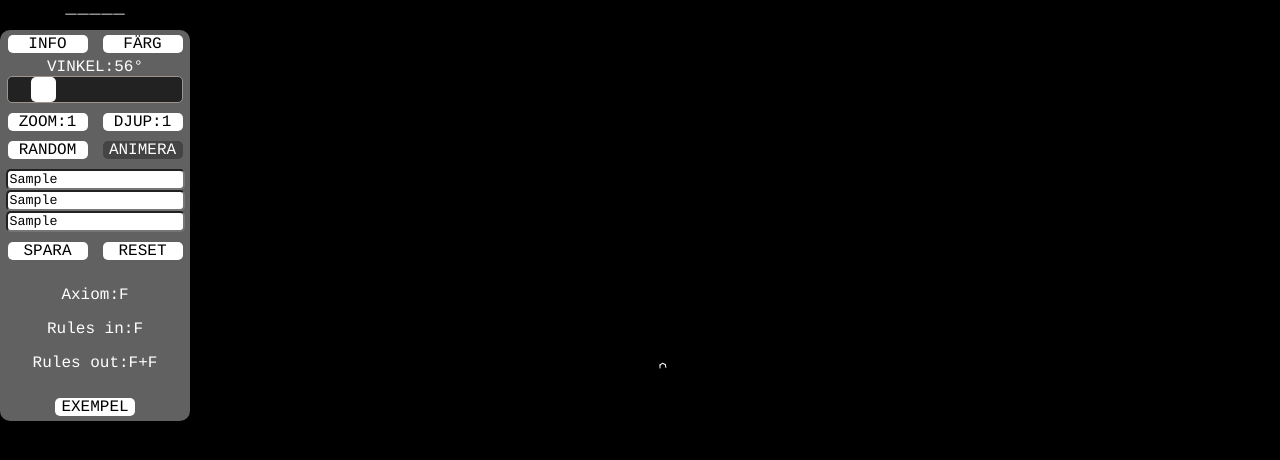
Repository: Gabrielw123/Fraktalgenerator
Page: fraktaler/test/index.html
The author's editor kept a copy of each file at every save. The page is drawn from the files as they stood at one save, then again after the next save.
The browser window is 1280 px wide. The pictures show the whole page.
Empty fields were first filled with sample values (such as "Sample", 5 or name@example.com).
After loading, the first visible `#animeraknapp` was clicked once.
Some web libraries are served in a nearby version.

Above is the page before, as saved 2022-01-13 13:32:34.

### fraktaler/test/index.html
<!DOCTYPE html>
<html lang="en">
  <head>
    <meta charset="UTF-8" />
    <meta http-equiv="X-UA-Compatible" content="IE=edge" />
    <meta name="viewport" content="width=device-width, initial-scale=1.0" />
    <link rel="stylesheet" href="style.css" />
    <title>Fraktal Generator</title>
    <script src="https://cdn.jsdelivr.net/npm/p5@1.0.0/lib/p5.js"></script>
    <!--fading-->
    <script
      src="http://ajax.googleapis.com/ajax/libs/jquery/1.7.1/jquery.min.js"
      type="text/javascript"
    ></script>
  </head>
  <body>
    <!--Skapa en canvas-->
    <canvas id="canvas"></canvas>

    <div class="kontroller">
      <div
        style="background: black"
        onmousedown="return false"
        onselectstart="return false"
        class="grid-container1"
      >
        <div class="grid-item">
          <a class="knappgöm" id="gömknapp" onClick="action();">⏤⏤⏤⏤⏤</a>
        </div>
      </div>

      <div
        style="border-top-left-radius: 10px; border-top-right-radius: 10px"
        onmousedown="return false"
        onselectstart="return false"
        class="grid-container"
        id="göm1"
      >
        <div class="grid-item">
          <a class="knapp" id="infoknapp">INFO</a>
        </div>
        <div class="grid-item">
          <a class="knapp" id="colorknapp" onclick="color();">FÄRG</a>
        </div>
      </div>
      <!--slider vinkel-->
      <div class="slider-container" id="göm2">
        <a onmousedown="return false" onselectstart="return false"
          >VINKEL:<span id="vinkel-out"></span>&deg;</a
        >
        <input type="range" min="0" max="360" class="slider" id="vinkel" />
      </div>

      <div
        onmousedown="return false"
        onselectstart="return false"
        class="grid-container"
        id="göm3"
      >
        <div class="grid-item">
          <a class="knapp" id="längdknapp">ZOOM:<span id="segment_n"></span></a>
        </div>
        <div class="grid-item">
          <a class="knapp" id="djupknapp"
            >DJUP:<span id="generation-out"></span
          ></a>
        </div>

        <div class="grid-item">
          <a class="knapp" id="randomknapp" onclick="random();">RANDOM</a>
        </div>
        <div class="grid-item">
          <a class="knapp" id="animeraknapp" onclick="animera();">ANIMERA</a>
        </div>
      </div>

      <div class="grid-container1" id="göm4">
        <div class="grid-item">
          <input
            style="font-family: courier"
            class="input"
            type="text"
            placeholder="AXINOM"
            id="axiom"
          />
          <input
            style="font-family: courier"
            class="input"
            type="text"
            placeholder="RULES IN"
            id="rules1"
          />
          <input
            style="font-family: courier"
            class="input"
            type="text"
            placeholder="RULES OUT"
            id="rules2"
          />
        </div>
      </div>
      <div
        onmousedown="return false"
        onselectstart="return false"
        class="grid-container"
        id="göm5"
      >
        <div class="grid-item">
          <a class="knapp" id="btn">SPARA</a>
        </div>
        <div class="grid-item">
          <a class="knapp" id="resetknapp" onclick="reset();">RESET</a>
        </div>
      </div>
      <div
        style="
          border-bottom-left-radius: 10px;
          border-bottom-right-radius: 10px;
        "
        class="grid-container1"
        id="göm6"
      >
        <div class="grid-item">
          <p>Axiom:<span id="axiom-out"></span></p>
          <p>Rules in:<span id="rules1-out"></span></p>
          <p>Rules out:<span id="rules2-out"></span></p>
          <p></p>
        </div>
        <div class="grid-item">
          <a
            onmousedown="return false"
            onselectstart="return false"
            class="knapp"
            id="exempelknapp"
            onclick="example();"
            >EXEMPEL</a
          >
        </div>
      </div>

      <!--EXEMPEL-->

      <div
        style="border-radius: 10px"
        onmousedown="return false"
        onselectstart="return false"
        class="grid-container"
        id="göm7"
      >
        <div class="grid-item">
          <a class="knappex" id="Board">Board</a>
        </div>
        <div class="grid-item">
          <a class="knappex" id="Crystal">Crystal</a>
        </div>
        <div class="grid-item">
          <a class="knappex" id="Dragon Curve">Dragon Curve</a>
        </div>
        <div class="grid-item">
          <a class="knappex" id="Hexagonal Gosper">Hexagonal Gosper</a>
        </div>
        <div class="grid-item">
          <a class="knappex" id="Kochcurve">Koch curve</a>
        </div>
        <div class="grid-item">
          <a class="knappex" id="Krishna Anklets">Krishna Anklets</a>
        </div>
        <div class="grid-item">
          <a class="knappex" id="Lévy curve">Lévy curve</a>
        </div>
        <div class="grid-item">
          <a class="knappex" id="L-System Bushes 1">L-System Bushes 1</a>
        </div>
        <div class="grid-item">
          <a class="knappex" id="L-System Bushes 2">L-System Bushes 2</a>
        </div>
        <div class="grid-item">
          <a class="knappex" id="Peano Curve">Peano Curve</a>
        </div>
        <div class="grid-item">
          <a class="knappex" id="Quadratic Snowflake">Quadratic Snowflake </a>
        </div>
        <div class="grid-item">
          <a class="knappex" id="Rings">Rings</a>
        </div>
        <div class="grid-item">
          <a class="knappex" id="Sierpinski Arrowhead">Sierpinski Arrowhead</a>
        </div>
        <div class="grid-item">
          <a class="knappex" id="Sierpinskisquare">Sierpinski Square</a>
        </div>
        <div class="grid-item">
          <a class="knappex" id="Snowflake">Snowflake</a>
        </div>
        <div class="grid-item">
          <a class="knappex" id="Tiles">Tiles</a>
        </div>
        <div class="grid-item">
          <a class="knappex" id="Triangle">Triangle</a>
        </div>
        <div class="grid-item">
          <a class="knappex" id="Von Koch Snowflake">Von Koch Snowflake</a>
        </div>
      </div>
    </div>
    <!--Script-->
    <script src="bruh.js">
      example();
            fraktal.update();
    </script>
  </body>
</html>

### fraktaler/test/style.css
body {
  font-family: "courier", monospace;
  background-color: black;
  color: white;
  text-align: center;
}

.input {
  width: 90%;
  border-radius: 5px;
}
.input:hover {
  background: black;
  color: white;
}

.kontroller {
  width: 190px;
  height: 180px;
  margin: auto;
  position: fixed;
  top: 0%;
  left: 0%;
  right: 100%;
}
.grid-container {
  background: rgba(97, 97, 97, 1);
  display: grid;
  grid-template-columns: auto auto;
}

.grid-container1 {
  background: rgba(97, 97, 97, 1);
  display: grid;
  grid-template-columns: auto;
}
.grid-item {
  text-align: center;
  margin: auto;
  padding-top: 5px;
  padding-bottom: 5px;
}
.grid-item1 {
  text-align: center;
  margin: auto;
  padding-top: 5px;
  padding-bottom: 5px;
  width: 300px;
}
#axiom-out {
  text-align: left;
}
.slider-container {
  background: rgba(97, 97, 97, 1);
  display: grid;
  grid-template-columns: auto;
  width: 100%;
  margin: auto;
  padding-bottom: 5px;
}
.slider {
  -webkit-appearance: none;
  width: 92%;
  height: 25px;
  background: #222222;
  outline: none;
  margin: auto;
  -webkit-transition: 0.2s;
  transition: opacity 0.2s;
  border-radius: 5px;
  border: 1px;
  border-style: solid;
}

.slider:hover {
  background: black;
  color: white;
}

.slider::-webkit-slider-thumb {
  -webkit-appearance: none;
  appearance: none;
  width: 25px;
  height: 25px;
  background: #ffffff;
  cursor: pointer;
  border-radius: 5px;
}

.slider::-moz-range-thumb {
  width: 25px;
  height: 25px;
  background: #04aa6d;
  cursor: pointer;
}

a.knapp {
  display: block;
  background: white;
  color: black;
  width: 80px;
  cursor: pointer;
  border-radius: 5px;
}
a.knapp:hover {
  background: black;
  border-radius: 5px;
  color: white;
}

#canvas {
  position: fixed;
  top: 0px;
  left: 0px;
  z-index: -1;
}

a.knappon {
  display: block;
  width: 80px;
  background: #444444;
  color: #ffffff;
  cursor: pointer;
  border-radius: 5px;
}
a.knappex {
  background: white;
  color: black;
  text-align: center;
  cursor: pointer;
  font-size: 13px;
  width: 85px;
  height: 35px;
  display: table-cell;
  vertical-align: middle;
  border-radius: 5px;
}
a.knappex:hover {
  background: black;
  border-radius: 5px;
  color: white;
}
.span {
  width: 500px;
}
.knappgöm {
  display: block;
  background: black;
  color: white;
  width: 85px;
  height: 20px;
  cursor: pointer;
  font-size: 15px;
  border-radius: 5px;
}
a.knappgöm:hover {
  background: white;
  border-radius: 5px;
  color: black;
}

### fraktaler/test/bruh.js
/*

Den här fraktal generatorn använder sig av Lindenmayer systemet (https://en.wikipedia.org/wiki/L-system)

Källor för lite info
https://codesandbox.io/s/fraktal-generator-forked-g76j8?file=/sketch.js
https://en.wikipedia.org/wiki/L-system#Types_of_L-systems
http://paulbourke.net/fractals/lsys/
https://www.sidefx.com/docs/houdini/nodes/sop/lsystem.html
http://www1.biologie.uni-hamburg.de/b-online/e28_3/lsys.html
https://www.kevs3d.co.uk/dev/lsystems/
https://piratefsh.github.io/p5js-art/public/lsystems/

*/

//INFO button
fetch("README.txt")
  .then((response) => response.text())
  .then((text) => console.log(text));

var info = document.getElementById("infoknapp");
info.onclick = function () {
  confirm("to");
};

//hur snabbt den animerar
var animatespeed = 100;

//lite variablar
let genButton;
let resButton;
let guiText;
color_n = 0;
let generation = 0;
let maxGeneration = 5;
let length;
let angle;
//första load
let axiom = "F+F+F+F";
let rules = [
  {
    in: "F",
    out: "F+F-F-FF+F+F-F",
  },
];

//save button för egna input på fraktaler
const btn = document.getElementById("btn");

btn.addEventListener("click", function () {
  var axiom2 = document.getElementById("axiom").value;
  var rules1 = document.getElementById("rules1").value;
  var rules2 = document.getElementById("rules2").value;
  confirm(
    "Axiom: " + axiom2 + "\nRules in: " + rules1 + "\nRules out: " + rules2
  );
  axiom = axiom2;
  rules = [
    {
      in: rules1,
      out: rules2,
    },
  ];
});

//animera ikonen på hemsidan
var favicon_images = [
    "bilderhem/tmp-0.gif",
    "bilderhem/tmp-1.gif",
    "bilderhem/tmp-2.gif",
    "bilderhem/tmp-3.gif",
    "bilderhem/tmp-4.gif",
    "bilderhem/tmp-5.gif",
  ],
  image_counter = 0;

setInterval(function () {
  if (document.querySelector("link[rel='icon']") !== null)
    document.querySelector("link[rel='icon']").remove();
  if (document.querySelector("link[rel='shortcut icon']") !== null)
    document.querySelector("link[rel='shortcut icon']").remove();
  document
    .querySelector("head")
    .insertAdjacentHTML(
      "beforeend",
      '<link rel="icon" href="' +
        favicon_images[image_counter] +
        '" type="image/gif">'
    );
  if (image_counter == favicon_images.length - 1) image_counter = 0;
  else image_counter++;
}, 200);

//göm UI
var hidden = false;
function action() {
  hidden = !hidden;
  if (hidden) {
    document.getElementById("göm1").style.visibility = "hidden";
    document.getElementById("göm2").style.visibility = "hidden";
    document.getElementById("göm3").style.visibility = "hidden";
    document.getElementById("göm4").style.visibility = "hidden";
    document.getElementById("göm5").style.visibility = "hidden";
    document.getElementById("göm6").style.visibility = "hidden";
    if (document.getElementById("göm7").style.visibility === "visible") {
      document.getElementById("göm7").style.visibility = "hidden";
    }
  } else {
    document.getElementById("göm1").style.visibility = "visible";
    document.getElementById("göm2").style.visibility = "visible";
    document.getElementById("göm3").style.visibility = "visible";
    document.getElementById("göm4").style.visibility = "visible";
    document.getElementById("göm5").style.visibility = "visible";
    document.getElementById("göm6").style.visibility = "visible";
    document.getElementById("göm7").style.visibility = "visible";
  }
}
//göm från början
document.getElementById("göm7").style.visibility = "hidden";
var hidden1 = true;
function example() {
  hidden1 = !hidden1;
  if (hidden1) {
    document.getElementById("göm7").style.visibility = "hidden";
  } else {
    document.getElementById("göm7").style.visibility = "visible";
  }
}

let sentence = axiom;

//start funktion
function setup() {
  createCanvas(windowWidth - 40, windowHeight - 25);
  angle = radians(vinkel.value);
  length = segment_n * 3;
  turtle();
  drawGUI();
}

//color problem
var r = 255,
  g = 0,
  b = 0;

setInterval(function () {
  if (r > 0 && b == 0) {
    r--;
    g++;
  }
  if (g > 0 && r == 0) {
    g--;
    b++;
  }
  if (b > 0 && g == 0) {
    r++;
    b--;
  }
  $("#color").text("rgb(" + r + "," + g + "," + b + ")");
  $("#color").css("color", "rgb(" + r + "," + g + "," + b + ")");
  turtle();
  console.log("df");
}, 10);

function generate() {
  length = segment_n * 3;

  let nextSentence = "";

  for (let i = 0; i < sentence.length; i++) {
    let found = false;
    let currentChar = sentence.charAt(i);

    for (let j = 0; j < rules.length; j++) {
      if (currentChar === rules[j].in) {
        found = true;
        nextSentence += rules[j].out;
        break;
      }
    }
    if (!found) {
      nextSentence += currentChar;
    }
  }
  sentence = nextSentence;
  turtle();
}
function turtle() {
  resetMatrix();
  background(0);
  //color
  if (color_n === 0) {
    stroke(255); //white
  }
  if (color_n === 1) {
    stroke(0, 0, 255); //blue
  }
  if (color_n === 2) {
    stroke(0, 128, 0); //green
  }
  if (color_n === 3) {
    stroke(255, 0, 0); //red
  }
  if (color_n === 4) {
    stroke(255, 165, 0); //orange
  }
  if (color_n === 5) {
    stroke(r, g, b); //rgb flera färger
  }
  translate(window.innerWidth / 2, window.innerHeight / 2);

  for (let i = 0; i <= sentence.length; i++) {
    let currentChar = sentence.charAt(i);

    if (currentChar === "F") {
      line(0, 0, 0, -length);
      translate(0, -length);
    } else if (currentChar === "+") {
      rotate(angle);
    } else if (currentChar === "-") {
      rotate(-angle);
    } else if (currentChar === "[") {
      push();
    } else if (currentChar === "]") {
      pop();
    }
  }
}

var djupknapp = document.getElementById("djupknapp");
djupknapp.onclick = function () {
  if (generation < maxGeneration) {
    generate();
  }
  generation++;
  if (generation > 5) {
    generation = 1;
    sentence = axiom;
    generate();
  }
  var generationout = document.getElementById("generation-out");
  generationout.innerHTML = generation;
  var axiomout = document.getElementById("axiom-out");
  axiomout.innerHTML = axiom;
  var rules1out = document.getElementById("rules1-out");
  rules1out.innerHTML = rules[0].in;
  var rules2out = document.getElementById("rules2-out");
  rules2out.innerHTML = rules[0].out;
};

//skriver ut värden och saker på skärmer för användaren
function drawGUI() {
  genButton = createButton("DJUP");
  genButton.size(85, 20);
  genButton.position(-200, 260);
  genButton.mousePressed(function () {
    if (generation < maxGeneration) {
      generate();
    }
    generation++;
    if (generation > 5) {
      generation = 1;
      sentence = axiom;
      generate();
    }
    var generationout = document.getElementById("generation-out");
    generationout.innerHTML = generation;
    var axiomout = document.getElementById("axiom-out");
    axiomout.innerHTML = axiom;
    var rules1out = document.getElementById("rules1-out");
    rules1out.innerHTML = rules[0].in;
    var rules2out = document.getElementById("rules2-out");
    rules2out.innerHTML = rules[0].out;
  });
}

//!Exemepel knappar

//Andra rad
animera_n = 0;

var c1 = 0;
var t;
var timer_is_on = 0;

//Random funktion
function getRandomInt(min, max) {
  min = Math.ceil(min);
  max = Math.floor(max);
  return Math.floor(Math.random() * (max - min) + min); //The maximum is exclusive and the minimum is inclusive
}

var fraktal = (function () {
  //js funktion
  const c = document.getElementById("canvas");
  var ctx = c.getContext("2d");

  //får bredden och höjden av hemsidan du har på din enhet
  c.width = window.innerWidth;
  c.height = window.innerHeight;
  ctx.strokeStyle = "black";
  ctx.lineWidth = 2;

  //!SLIDERS
  var vinkel = document.getElementById("vinkel");
  var vinkelout = document.getElementById("vinkel-out");
  vinkelout.innerHTML = vinkel.value;

  //gör saker med vinkel
  vinkel.oninput = function () {
    vinkelout.innerHTML = this.value;
    update();
  };

  //SEGMENT
  var segment = document.getElementById("längdknapp");
  segment.onclick = function () {
    segment_n++;
    if (segment_n === 6) {
      segment_n = 1;
    }
    document.getElementById("segment_n").innerHTML = segment_n;
    update();
  };
  //!RESET
  var reset = document.getElementById("resetknapp");
  reset.onclick = function () {
    sentence = axiom;
    turtle();
    vinkel.value = 90;
    segment_n = 3;
    generation = 2;
    axiom = "F+F+F+F";
    rules = [
      {
        in: "F",
        out: "F+F-F-FF+F+F-F",
      },
    ];
    //stönga av animera
    clearTimeout(t);
    animera.className = "knapp";
    c1 = 0;
    animera_n = 0;
    //update this
    update();
  };

  //!RANDOM
  var random = document.getElementById("randomknapp");
  random.onclick = function () {
    vinkel.value = getRandomInt(0, 361);
    vinkelout.innerHTML = vinkel.value;
    update();
  };

  //!ANIMERA

  var animera = document.getElementById("animeraknapp");
  animera.onclick = function () {
    animera_n++;
    if (animera_n === 1) {
      timedCount();
      animera.className = "knappon";
    }
    if (animera_n === 2) {
      clearTimeout(t);
      animera.className = "knapp";
      c1 = 0;
      animera_n = 0;
    }
  };
  //!COLOR

  var color = document.getElementById("colorknapp");
  color.onclick = function () {
    color_n++;
    if (color_n === 6) {
      color_n = 0;
    }
    update();
  };

  timedCount = function () {
    var v = parseInt(vinkel.value);
    v = v + 1;

    if (v === 361) {
      v = 0;
    }
    //updatera UI
    vinkel.value = v;
    vinkelout.innerHTML = vinkel.value;
    //vänta
    t = setTimeout(timedCount, animatespeed);
    update();
  };

  //!Uppdatera allt/////////////////////////////
  var update = function () {
    //skriver ut de nya väderna
    setup();
    //Updaterar sliders och bilder/knappar
    vinkelout.innerHTML = vinkel.value;
    document.getElementById("segment_n").innerHTML = segment_n;
    var generationout = document.getElementById("generation-out");
    generationout.innerHTML = generation;

    var axiomout = document.getElementById("axiom-out");
    axiomout.innerHTML = axiom;
    var rules1out = document.getElementById("rules1-out");
    rules1out.innerHTML = rules[0].in;
    var rules2out = document.getElementById("rules2-out");
    rules2out.innerHTML = rules[0].out;
    //sparar hashen för hemsidan
    save();
  };

  //!SAVE OCH LOAD
  var save = function () {
    var ruleid =
      "#" +
      vinkel.value +
      "," +
      segment_n +
      "," +
      generation +
      "," +
      axiom +
      "," +
      rules[0].in +
      "," +
      rules[0].out;
    window.location = String(window.location).replace(/\#.*$/, "") + ruleid;
  };

  var load = function () {
    let d = window.location.toString();
    if (d.includes("#")) {
      const myArr = d.split("#");

      const test = myArr[1].split(",");
      //Sliders
      vinkel.value = test[0];
      //Knappar
      segment_n = test[1];
      generation = test[2];
      axiom = test[3];
      rules[0].in = test[4];
      rules[0].out = test[5];

      if (
        vinkel.value == undefined ||
        segment_n === undefined ||
        generation === undefined ||
        axiom === undefined ||
        rules[0].in === undefined ||
        rules[0].out === undefined
      ) {
        //Sliders
        vinkel.value = 40;
        //Knappar
        segment_n = 1;
        generation = 1;
        axiom = "F";
        rules[0].in = "F";
        rules[0].out = "F+F";
      }
    } else {
      //Sliders
      vinkel.value = 40;
      //Knappar
      segment_n = 1;
      //Knappar
      generation = 1;
      axiom = "F";
      rules[0].in = "F";
      rules[0].out = "F+F";
    }
    save();
  };
  //!START
  load();

  //!EXEMPEL
  //Exemplerna är ifrån http://paulbourke.net/fractals/lsys/
  //save button för egna input på fraktaler
  const Kochcurve = document.getElementById("Kochcurve");
  Kochcurve.addEventListener("click", function () {
    axiom = "F+F+F+F";
    rules = [
      {
        in: "F",
        out: "F+F-F-FF+F+F-F",
      },
    ];
    vinkel.value = 90;
    segment_n = 3;
    generation = 5;
    update();
  });

  const Sierpinskisquare = document.getElementById("Sierpinskisquare");
  Sierpinskisquare.addEventListener("click", function () {
    axiom = "F+XF+F+XF";
    rules = [
      {
        in: "X",
        out: "XF-F+F-XF+F+XF-F+F-X",
      },
    ];
    vinkel.value = 90;
    segment_n = 3;
    generation = 5;
    update();
  });

  const LSystemBushes1 = document.getElementById("L-System Bushes 1");
  LSystemBushes1.addEventListener("click", function () {
    axiom = "F";
    rules = [
      {
        in: "F",
        out: "FF+[+F-F-F]-[-F+F+F]",
      },
    ];
    vinkel.value = 22.5;
    segment_n = 1;
    generation = 5;
    update();
  });

  const LSystemBushes2 = document.getElementById("L-System Bushes 2");
  LSystemBushes2.addEventListener("click", function () {
    axiom = "F";
    rules = [
      {
        in: "F",
        out: "F[+FF][-FF]F[-F][+F]F",
      },
    ];
    vinkel.value = 35;
    segment_n = 1;
    generation = 5;
    update();
  });

  const Board = document.getElementById("Board");
  Board.addEventListener("click", function () {
    axiom = "F+F+F+F";
    rules = [
      {
        in: "F",
        out: "FF+F+F+F+FF",
      },
    ];
    vinkel.value = 90;
    segment_n = 1;
    generation = 5;
    update();
  });

  const Triangle = document.getElementById("Triangle");
  Triangle.addEventListener("click", function () {
    axiom = "F+F+F";
    rules = [
      {
        in: "F",
        out: "F-F+F",
      },
    ];
    vinkel.value = 120;
    segment_n = 1;
    generation = 5;
    update();
  });
  const Crystal = document.getElementById("Crystal");
  Crystal.addEventListener("click", function () {
    axiom = "F+F+F+F";
    rules = [
      {
        in: "F",
        out: "FF+F++F+F",
      },
    ];
    vinkel.value = 90;
    segment_n = 1;
    generation = 5;
    update();
  });
  const VonKochSnowflake = document.getElementById("Von Koch Snowflake");
  VonKochSnowflake.addEventListener("click", function () {
    axiom = "F++F++F";
    rules = [
      {
        in: "F",
        out: "F-F++F-F",
      },
    ];
    vinkel.value = 60;
    segment_n = 1;
    generation = 5;
    update();
  });
  const Tiles = document.getElementById("Tiles");
  Tiles.addEventListener("click", function () {
    axiom = "F+F+F+F";
    rules = [
      {
        in: "F",
        out: "FF+F-F+F+FF",
      },
    ];
    vinkel.value = 90;
    segment_n = 1;
    generation = 5;
    update();
  });

  const Rings = document.getElementById("Rings");
  Rings.addEventListener("click", function () {
    axiom = "F+F+F+F";
    rules = [
      {
        in: "F",
        out: "FF+F+F+F+F+F-F",
      },
    ];
    vinkel.value = 90;
    segment_n = 1;
    generation = 5;
    update();
  });
  const Lévycurve = document.getElementById("Lévy curve");
  Lévycurve.addEventListener("click", function () {
    axiom = "F";
    rules = [
      {
        in: "F",
        out: "+F--F+",
      },
    ];
    vinkel.value = 45;
    segment_n = 1;
    generation = 5;
    update();
  });
  const HexagonalGosper = document.getElementById("Hexagonal Gosper");
  HexagonalGosper.addEventListener("click", function () {
    axiom = "XF";
    rules = [
      {
        in: "X",
        out: "X+YF++YF-FX--FXFX-YF+",
      },
      {
        in: "Y",
        out: "-FX+YFYF++YF+FX--FX-Y",
      },
    ];
    vinkel.value = 60;
    segment_n = 1;
    generation = 5;
    update();
  });
  const DragonCurve = document.getElementById("Dragon Curve");
  DragonCurve.addEventListener("click", function () {
    axiom = "FX";
    rules = [
      {
        in: "X",
        out: "X+YF+",
      },
      {
        in: "Y",
        out: "-FX-Y",
      },
    ];
    vinkel.value = 90;
    segment_n = 1;
    generation = 5;
    update();
  });
  const SierpinskiArrowhead = document.getElementById("Sierpinski Arrowhead");
  SierpinskiArrowhead.addEventListener("click", function () {
    axiom = "YF";
    rules = [
      {
        in: "X",
        out: "YF+XF+Y",
      },
      {
        in: "Y",
        out: "XF-YF-X",
      },
    ];
    vinkel.value = 60;
    segment_n = 1;
    generation = 5;
    update();
  });
  const QuadraticSnowflake = document.getElementById("Quadratic Snowflake");
  QuadraticSnowflake.addEventListener("click", function () {
    axiom = "F";
    rules = [
      {
        in: "F",
        out: "F-F+F+F-F",
      },
    ];
    vinkel.value = 90;
    segment_n = 1;
    generation = 5;
    update();
  });
  const PeanoCurve = document.getElementById("Peano Curve");
  PeanoCurve.addEventListener("click", function () {
    axiom = "X";
    rules = [
      {
        in: "X",
        out: "XFYFX+F+YFXFY-F-XFYFX",
      },
      {
        in: "Y",
        out: "YFXFY-F-XFYFX+F+YFXFY",
      },
    ];
    vinkel.value = 90;
    segment_n = 1;
    generation = 5;
    update();
  });
  const snowflake = document.getElementById("Snowflake");
  snowflake.addEventListener("click", function () {
    axiom = "F-F-F-F-F";
    rules = [
      {
        in: "F",
        out: "F-F++F+F-F-F",
      },
    ];
    vinkel.value = 72;
    segment_n = 1;
    generation = 5;
    update();
  });
  const KrishnaAnklets = document.getElementById("Krishna Anklets");
  KrishnaAnklets.addEventListener("click", function () {
    axiom = "-X--X";
    rules = [
      {
        in: "X",
        out: "XFX--XFX",
      },
    ];
    vinkel.value = 45;
    segment_n = 1;
    generation = 5;
    update();
  });
})();

After the next save:
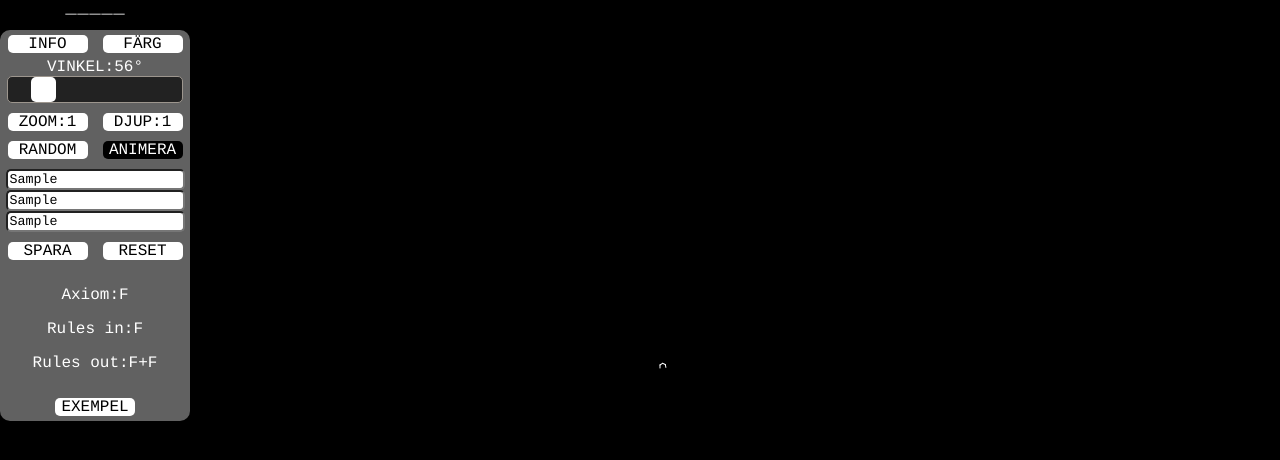
Saved 52 s later.
--- a/fraktaler/test/style.css
+++ b/fraktaler/test/style.css
@@ -118,8 +118,8 @@ a.knapp:hover {
 a.knappon {
   display: block;
   width: 80px;
-  background: #444444;
-  color: #ffffff;
+  background: black;
+  color: white;
   cursor: pointer;
   border-radius: 5px;
 }
